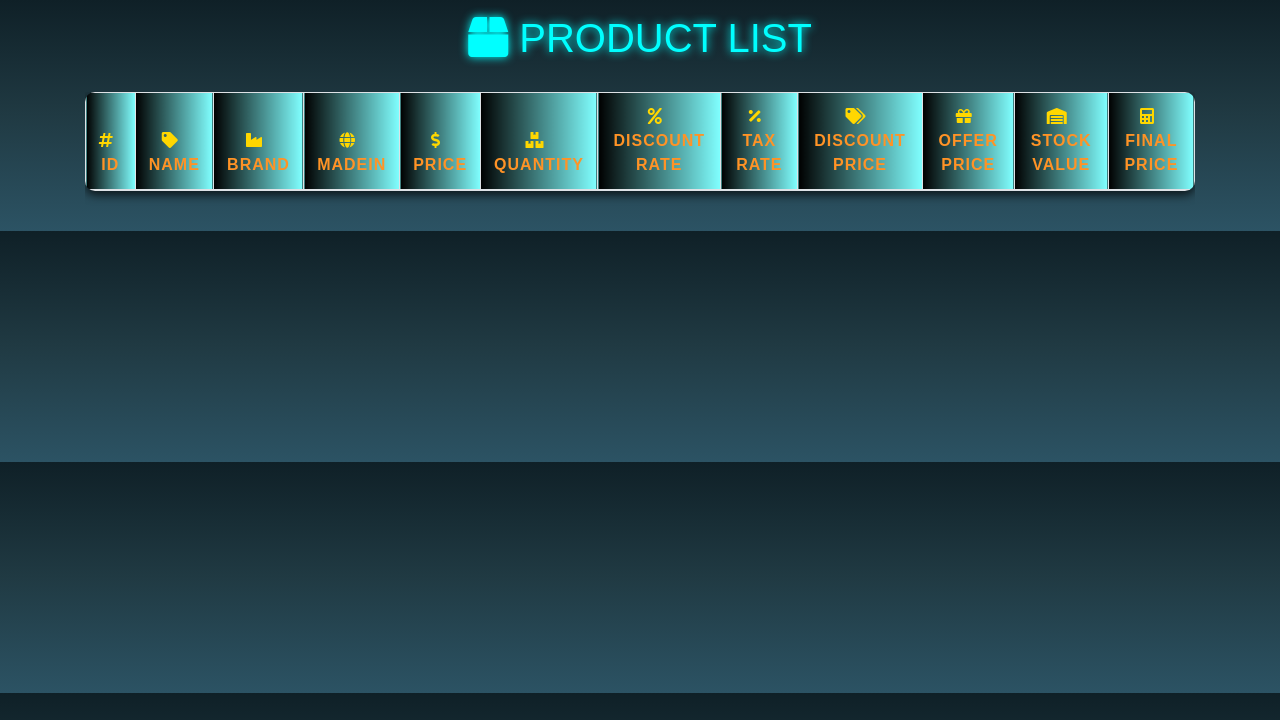
Repository: Ravi-kishor-09/Ravi-projects
Page: http://localhost/product-list
These files come from the project's save history. The page is drawn as it stood at one moment and after the next save; the edit follows.
The browser window is 1280 px wide. The pictures show the whole page.
The page is this project's Thymeleaf template; nobody is signed in. The template is opened directly, without the code that normally fills it, so the values that code supplies are empty.

Above is the page before, as saved 2024-12-20 19:31:27.

After the next save:
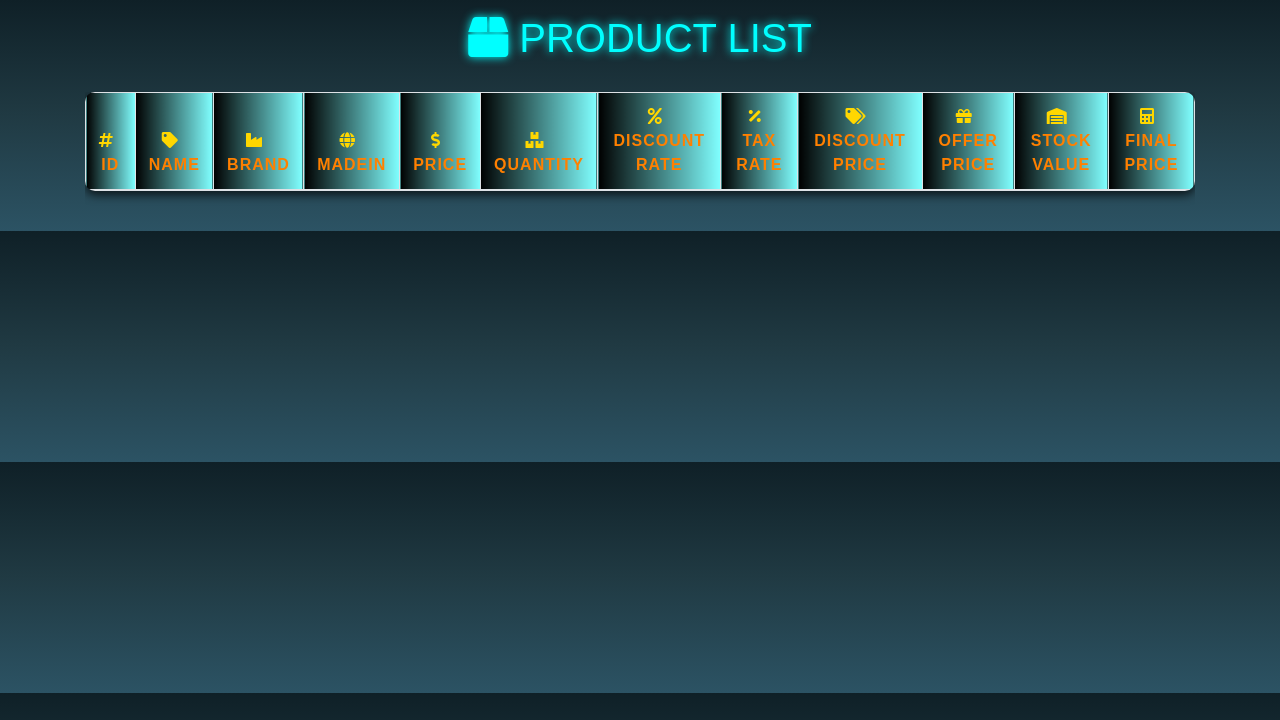
Saved 11 s later.
--- a/spring1/src/main/resources/templates/product-list.html
+++ b/spring1/src/main/resources/templates/product-list.html
@@ -35,7 +35,7 @@
         }
         thead th {
             background: linear-gradient(90deg, rgb(0, 0, 0), rgb(128, 255, 255));
-            color: rgb(255, 147, 38);
+            color: rgb(255, 128, 0);
             font-weight:bolder;
 			font-size: medium;
             text-transform: uppercase;
